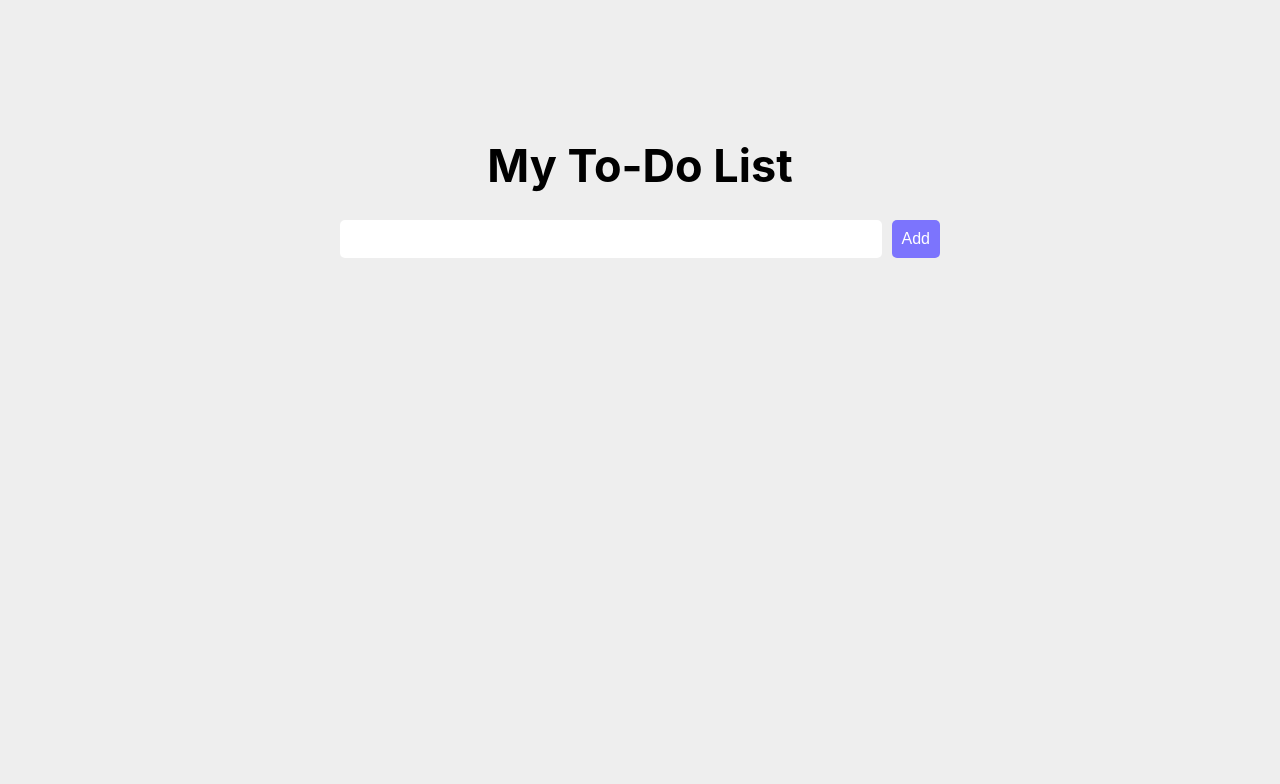
Repository: bianphang/todo-list_vanilla-js
Page: index.html
These files come from the project's save history. The page is drawn as it stood at one moment and after the next save; the edit follows.
The browser window is 1280 px wide. The pictures show the whole page.

Above is the page before, as saved 2024-06-10 15:07:15.

### index.html
<!DOCTYPE html>
<html lang="en">
  <head>
    <meta charset="UTF-8" />
    <meta name="viewport" content="width=device-width, initial-scale=1.0" />
    <title>Todo List</title>
    <link rel="stylesheet" href="styles.css" />
  </head>
  <body>
    <div class="container">
      <h1 class="title">My To-Do List</h1>
      <form class="form" id="addForm">
        <input class="input" id="addInput" type="text" />
        <button class="btn">Add</button>
      </form>
      <ul class="todo-list" id="todoList"></ul>
    </div>
    <script src="script.js"></script>
  </body>
</html>

### styles.css
body {
  font-family: Inter, system-ui, Avenir, Helvetica, Arial, sans-serif;
  line-height: 1.5;
  font-weight: 400;

  color-scheme: light dark;
  color: #000;
  background-color: #eeeeee;
  max-width: 1280px;
  min-height: 100vh;
  margin: 0 auto;
  padding: 2rem;
  text-align: center;
}

.container {
  max-width: 600px;
  padding: 20px;
  position: relative;
  top: 50px;
  left: 50%;
  transform: translate(-50%, 0);
}

.title {
  font-size: 45px;
  text-align: center;
  margin-bottom: 20px;
}

.todo-list {
  min-height: 200px;
  list-style: none;
  padding: 0;
  margin-top: 50px;
}

.todo-item {
  display: flex;
  justify-content: space-between;
  align-items: center;

  max-width: 100%;
  padding: 10px;
  margin-bottom: 10px;
  font-size: 16px;
  border-radius: 10px;
  border: 2px solid gray;
  background-color: #f5f5f5;
}

.todo-item .todo-label {
  flex: 1;
  font-size: 20px;
  text-align: left;
  color: black;
}

.todo-item .todo-action {
  display: flex;
  gap: 10px;
}

.form {
  width: 100%;
  display: flex;
  align-items: center;
  gap: 10px;
}

.input {
  flex: 1;
  padding: 10px;
  font-size: 16px;
  border-radius: 5px;
  border: none;
}

.btn {
  padding: 10px;
  font-size: 16px;
  color: #fff;
  background-color: #7c74fd;
  border-radius: 5px;
  border: none;
  cursor: pointer;
}

.btn:hover {
  opacity: 0.7;
}

.btn.btn-edit {
  background-color: #d3c11f;
}

.btn.btn-delete {
  background-color: #bf1627;
}

.btn.btn-done {
  background-color: #09a72e;
}

.todo-item.done {
  background-color: #585858;
}

.todo-item.done .todo-label {
  text-decoration: line-through;
  color: #fff;
}

.todo-item.done .btn-done {
  background-color: #d3c11f;
}

### script.js
let todos = [];

/*--- HANDLE ADD FORM ---*/
const addInputNode = document.getElementById('addInput');
const addFormNode = document.getElementById('addForm');
addFormNode.addEventListener('submit', (event) => {
  event.preventDefault();
  if (addInputNode.value) {
    addTodo(addInputNode.value);
    addInputNode.value = '';
  }
});

function addTodo(addedValue) {
  const newTodo = {
    id: Date.now(),
    label: addedValue,
    isDone: false,
  };
  todos.unshift(newTodo);
  renderTodos();
}
/*-----------------------*/

/*--- HANDLE RENDER TODO-ITEMS ---*/
function renderTodos() {
  // create todo list node
  const todoListNode = document.getElementById('todoList');
  todoListNode.innerHTML = '';

  // loop through "todos" array to handle render todo-items
  todos.forEach((todo) => {
    // this is todo-item's keys
    const { id, label, isDone, isEditting } = todo || {};

    // todoItemNode: wrap toto-item content
    const todoItemNode = document.createElement('li');
    todoItemNode.className = `todo-item ${isDone ? 'done' : ''}`;
    todoItemNode.id = id;

    // labelNode: render todo-item label
    const labelNode = document.createElement('span');
    labelNode.className = 'todo-label';
    labelNode.innerText = label;

    // actionNode: wrap todo-item actions
    const actionNode = document.createElement('div');
    actionNode.className = 'todo-action';

    // deleteBtnNode: button handle delete action
    const deleteBtnNode = document.createElement('button');
    deleteBtnNode.className = 'btn btn-delete';
    deleteBtnNode.innerText = 'Delete';
    deleteBtnNode.addEventListener('click', (event) => {
      event.preventDefault();
      deleteTodo(id);
    });

    // editBtnNode: button handle edit action
    const editBtnNode = document.createElement('button');
    editBtnNode.className = 'btn btn-edit';
    editBtnNode.innerText = 'Edit';
    editBtnNode.addEventListener('click', (event) => {
      event.preventDefault();
      toggleEditView(id);
    });

    // doneBtnNode: button handle done action
    const doneBtnNode = document.createElement('button');
    doneBtnNode.className = 'btn btn-done';
    doneBtnNode.innerText = isDone ? 'Undone' : 'Done';
    doneBtnNode.addEventListener('click', (event) => {
      event.preventDefault();
      updateTodoStatus(id);
    });

    // editInputNode: input handle get user edited-label
    const editInputNode = document.createElement('input');
    editInputNode.className = 'input editInput';
    editInputNode.value = label;

    // saveBtnNode: button handle save user edited-label
    const saveBtnNode = document.createElement('button');
    saveBtnNode.className = 'btn';
    saveBtnNode.innerText = 'Save';

    // editFormNode: form cover & handle submit edited-label
    const editFormNode = document.createElement('form');
    editFormNode.className = 'form editForm';
    editFormNode.addEventListener('submit', (event) => {
      event.preventDefault();
      if (editInputNode.value) {
        updateTodoLabel(id, editInputNode.value);
        toggleEditView(id);
        editInputNode.value = '';
      }
    });

    // if "isEditting" true, render edit view with editFormNode
    if (isEditting) {
      editFormNode.appendChild(editInputNode);
      editFormNode.appendChild(saveBtnNode);

      todoItemNode.appendChild(editFormNode);
    }
    // if "isEditting" false, render info view with labelNode & actionNode
    else {
      actionNode.appendChild(deleteBtnNode);
      !isDone && actionNode.appendChild(editBtnNode);
      actionNode.appendChild(doneBtnNode);

      todoItemNode.appendChild(labelNode);
      todoItemNode.appendChild(actionNode);
    }

    // add this todoItemNode into todoListNode
    todoListNode.appendChild(todoItemNode);
  });
}
/*-----------------------*/

/*--- FUNCTIONS ---*/
/**
 * handle delete todo item by id
 * @param {*} id
 */
function deleteTodo(id) {
  todos = todos.filter((todo) => todo.id !== id);
  renderTodos();
}

/**
 * handle update todo item's status
 * @param {*} id
 */
function updateTodoStatus(id) {
  todos = todos.map((todo) =>
    todo.id === id ? { ...todo, isDone: !todo.isDone } : todo
  );
  renderTodos();
}

/**
 * handle toggle todo item's edit view
 * @param {*} id
 */
function toggleEditView(id) {
  todos = todos.map((todo) =>
    todo.id === id ? { ...todo, isEditting: !todo.isEditting } : todo
  );
  renderTodos();
}

/**
 * handle update todo item's label
 * @param {*} id
 * @param {*} editedLabel
 */
function updateTodoLabel(id, editedLabel) {
  todos = todos.map((todo) =>
    todo.id === id ? { ...todo, label: editedLabel } : todo
  );
  renderTodos();
}

After the next save:
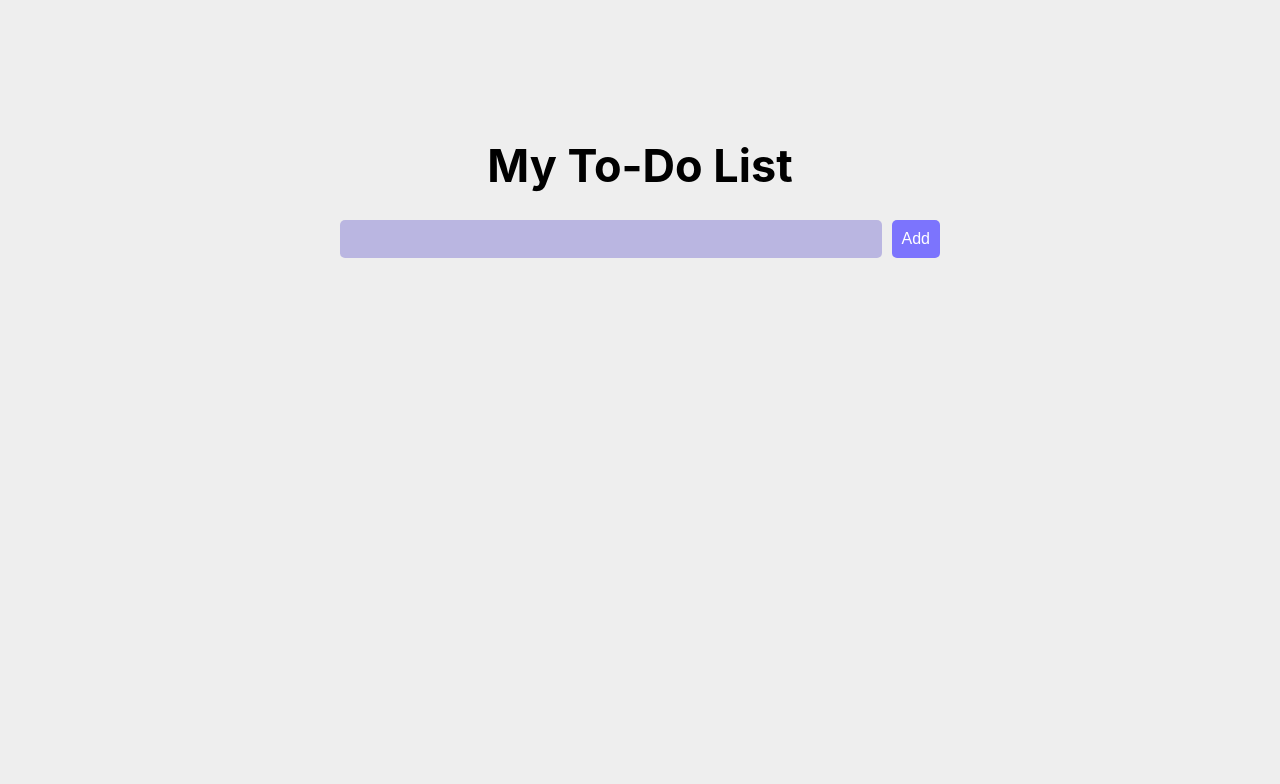
Saved 16 s later.
--- a/styles.css
+++ b/styles.css
@@ -69,6 +69,7 @@ body {
 }
 
 .input {
+  background-color: rgba(108, 99, 205, 0.4);
   flex: 1;
   padding: 10px;
   font-size: 16px;
